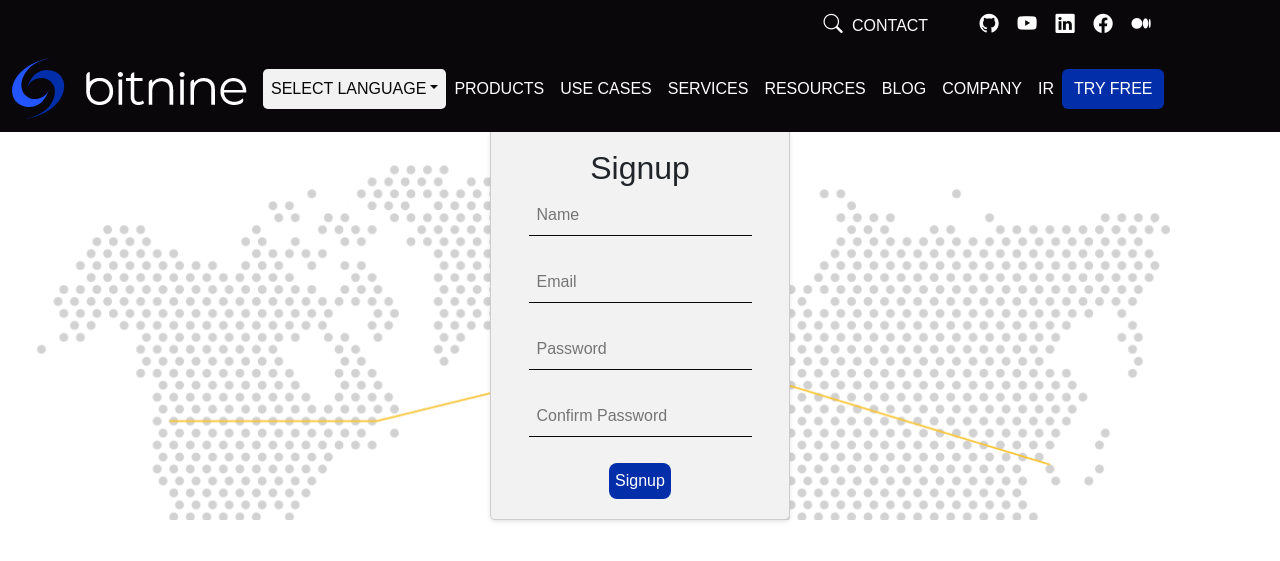
Repository: devblackie/signinpage
Page: /
These files come from the project's save history. The page is drawn as it stood at one moment and after a run of saves; the edit follows.
The browser window is 1280 px wide. The pictures show the whole page.
Some web fonts or font styles are not loaded; a fallback is used. The project was rebuilt for these pictures with package versions that can differ from the ones it lists, and the page was loaded fresh each time. Also part of the build but not shown: vite.config.js, src/components/Login.jsx, src/components/Dashboard.jsx, src/components/Home.jsx, src/components/ProtectedDashboard.jsx.

Above is the page before, as saved 2023-08-28 17:57:18.

After the next 2 saves:
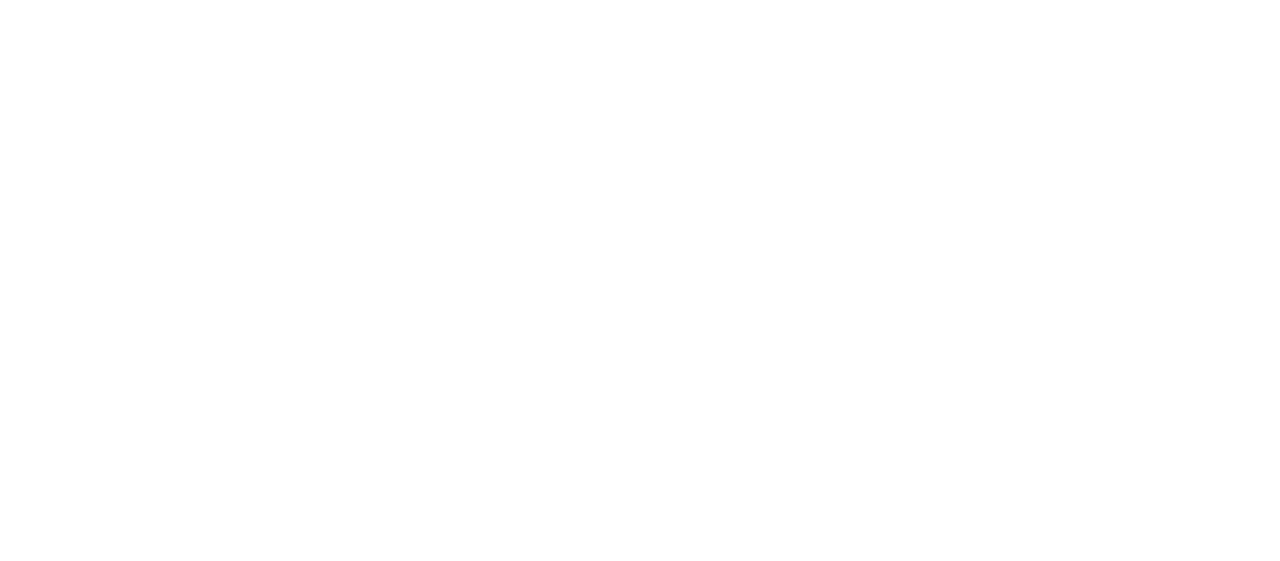
Console error: ReferenceError: first is not defined
The 2 saves are shown as one change because they came seconds apart.
The last was saved 59 s later.
--- a/src/components/Header.jsx
+++ b/src/components/Header.jsx
@@ -64,7 +64,7 @@
                   <div className="username">
                     <li>
                       <a href="">
-                        <p className="text-warning">{userName}</p>
+                        <p className="text-warning">{first}</p>
                       </a>
                     </li>
                   </div>

After the save that followed:
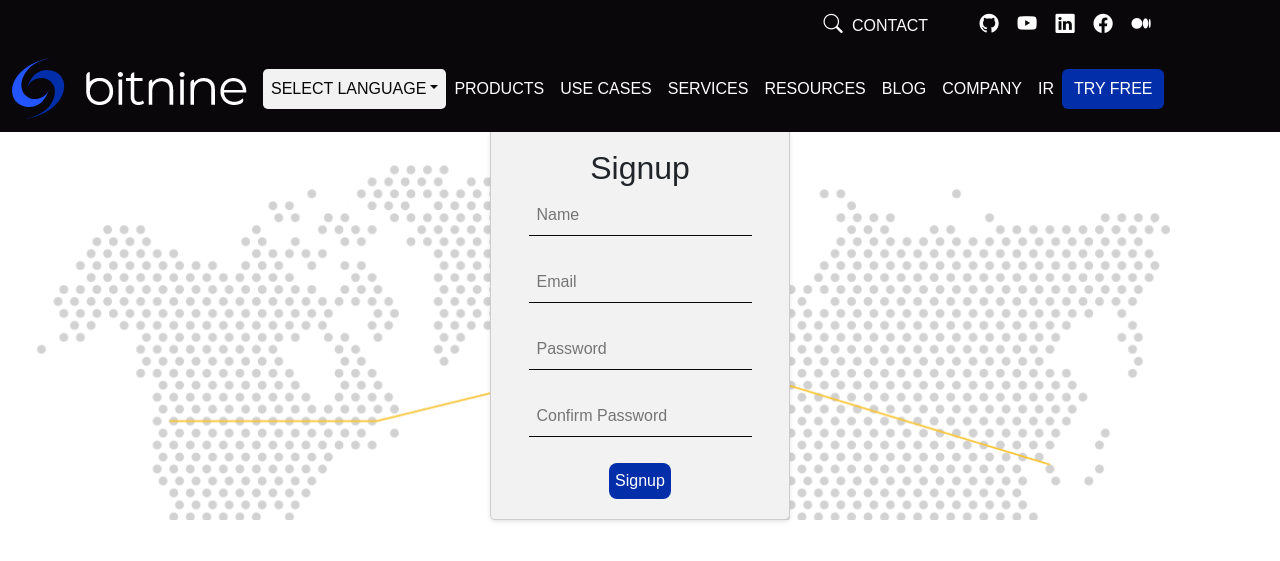
The error is gone.
Saved 68 s later.
--- a/src/components/Header.jsx
+++ b/src/components/Header.jsx
@@ -64,7 +64,7 @@
                   <div className="username">
                     <li>
                       <a href="">
-                        <p className="text-warning">{first}</p>
+                        <p className="text-warning">{firstLetter}</p>
                       </a>
                     </li>
                   </div>
